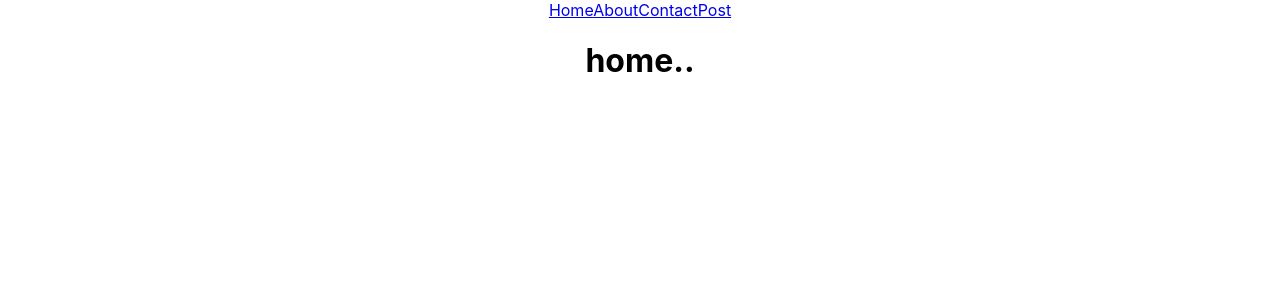
Repository: khoibanh113/reactBT
Page: / (app in testrouter/)
These files come from the project's save history. The page is drawn as it stood at one moment and after the next save; the edit follows.
The browser window is 1280 px wide. The pictures show the whole page.
The project was rebuilt for these pictures with package versions that can differ from the ones it lists, and the page was loaded fresh each time. Also part of the build but not shown: testrouter/src/components/about.js, testrouter/src/components/contact.js, testrouter/src/components/child.js, testrouter/src/components/post.js.

Above is the page before, as saved 2021-01-25 15:23:45.

After the next save:
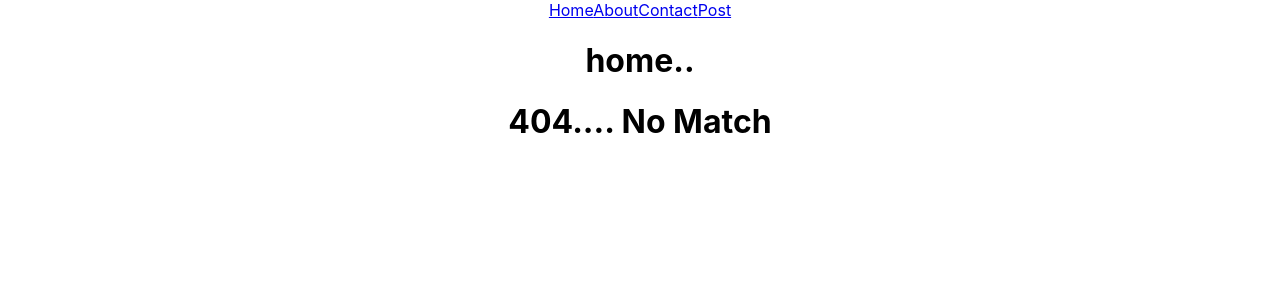
Saved 29 s later.
--- a/testrouter/src/App.js
+++ b/testrouter/src/App.js
@@ -22,7 +22,7 @@
             <Route path='/about' ><About /></Route>
             <Route path='/contact'  ><Contact/></Route>
             <Route path='/post'><Post/></Route>
-            {/* <Route><NoMatch/></Route> */}
+            <Route><NoMatch/></Route>
           {/* </Switch> */}
         </div>
       </Router>

After the save that followed:
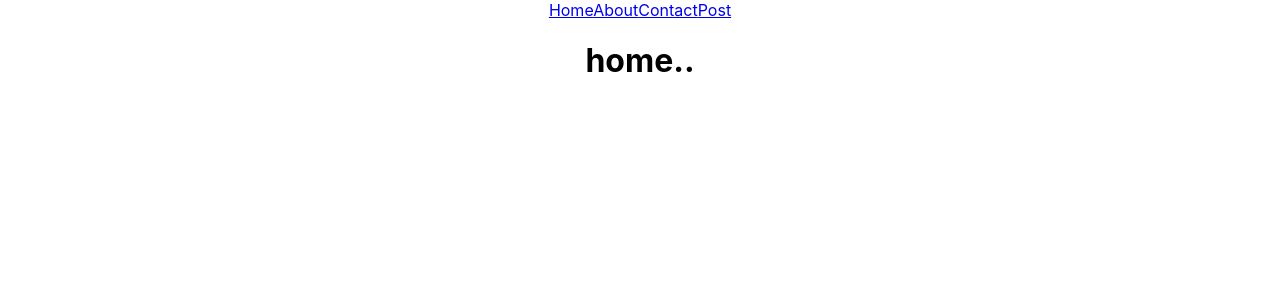
Saved 11 s later.
--- a/testrouter/src/App.js
+++ b/testrouter/src/App.js
@@ -17,13 +17,13 @@
             <NavLink to="/contact"  >Contact</NavLink>
             <NavLink to="/post" >Post</NavLink>
           </nav>
-          {/* <Switch> */}
+          <Switch>
             <Route path='/' exact  ><Home /></Route>
             <Route path='/about' ><About /></Route>
             <Route path='/contact'  ><Contact/></Route>
             <Route path='/post'><Post/></Route>
             <Route><NoMatch/></Route>
-          {/* </Switch> */}
+          </Switch>
         </div>
       </Router>
 
